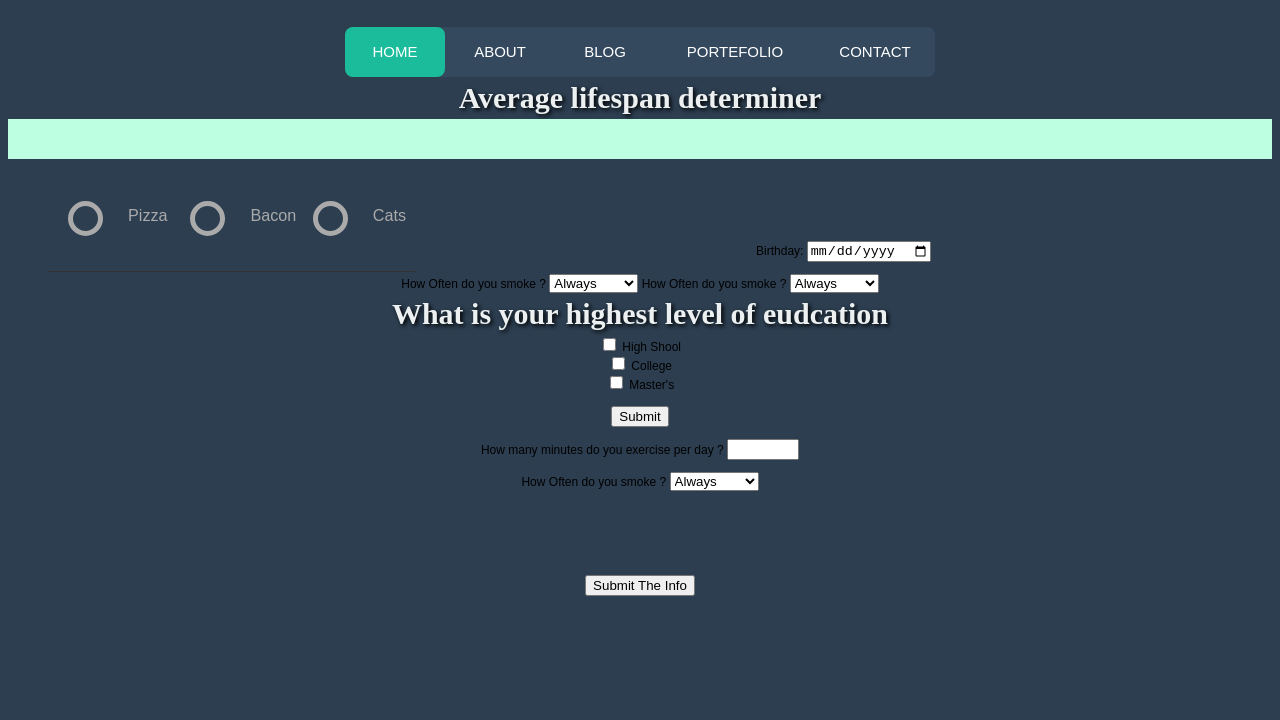
Repository: navid-amini12/capstone-1
Page: wordgame.html
An editor plug-in stored every save of this project. The page is shown before and after the next save, followed by the edit.
The browser window is 1280 px wide. The pictures show the whole page.

Above is the page before, as saved 2022-06-01 11:32:41.

### wordgame.html


  <link rel="stylesheet" type="text/css" href="Life.css">






 <div class = "container">

   <div class = "element">


<!-- NAVATION STARTING  -->

<nav class ="mynavigation">
  <a href="#">Home</a>
  <a href="#">About</a>
  <a href="#">Blog</a>
  <a href="#">Portefolio</a>
  <a href="#">Contact</a>
  <div class="animation start-home"></div>
</nav>
  <!-- NAVIGATION ENDING -->
    <h1>Average lifespan determiner</h1>







    <div class="alert">
    </div>

    <div class="container">


      <ul>
      <li>
        <input type="radio" id="f-option" name="selector">
        <label for="f-option">Pizza</label>

        <div class="check"></div>
      </li>

      <li>
        <input type="radio" id="s-option" name="selector">
        <label for="s-option">Bacon</label>

        <div class="check"><div class="inside"></div></div>
      </li>

      <li>
        <input type="radio" id="t-option" name="selector">
        <label for="t-option">Cats</label>

        <div class="check"><div class="inside"></div></div>
      </li>
    </ul>
    </div>

    <div class="signature">
    </div>


















  <div class = "left"><form action="/action_page.php">
    <label for="birthday">Birthday:</label>
    <input type="date" id="birthday" name="birthday">

  </form>

<label for="cars">How Often do you smoke ?</label>

<select id="questions">
<option value="volvo">Always</option>
<option value="saab">Often</option>
<option value="opel">Sometimes</option>
<option value="audi">Rarely</option>
<option value="audi">Never</option>
</select>

<label for="cars">How Often do you smoke ?</label>

<select id="questions">
<option value="volvo">Always</option>
<option value="saab">Often</option>
<option value="opel">Sometimes</option>
<option value="audi">Rarely</option>
<option value="audi">Never</option>
</select>

<h1>What is your highest level of eudcation</h1>

<form id = "checkbox1">
<input type="checkbox" id="vehicle1" name="vehicle1" value="Bike">
<label for="vehicle1"> High Shool</label><br>
<input type="checkbox" id="vehicle2" name="vehicle2" value="Car">
<label for="vehicle2"> College</label><br>
<input type="checkbox" id="vehicle3" name="vehicle3" value="Boat">
<label for="vehicle3"> Master's</label><br><br>
<input type="submit" value="Submit">
</form>

<form>
  <label for="quantity">How many minutes do you exercise per day ? </label>
  <input type="number" id="quantity" name="quantity" min="0" max="1000">
</form>




<label for="cars">How Often do you smoke ?</label>

<select id="myquestions">
<option value="always">Always</option>
<option value="often">Often</option>
<option value="sometimes">Sometimes</option>
<option value="rarely">Rarely</option>
<option value="never">Never</option>
</select>
<br>
<br>
<br>
<br>


<br>
<br>
<br>
<button id = "submitInfo">Submit The Info</button></div>





<!-- <input id = "submitInfo" type="button" value = "Submit Info" onclick="alert('Submitting INfo');" /></div> -->

  </div>



  <!-- <input id = "submitInfo" type="button" value = "Submit Info" onclick="alert('Submitting INfo');" /> -->


















  <body class="container">
    <ul id="people" class=""></ul>


    <script src="https://unpkg.com/axios/dist/axios.min.js"></script>
    <script>

      document.getElementById("submitInfo").onclick = function () {
        axios
          .get("http://localhost:4000/api/users")
          .then(function (response) {
            var e = document.getElementById("myquestions");
            var strUser = e.options[e.selectedIndex].text;


            var x = document.getElementById("vehicle1").value;




     if (strUser == "Never") {

         alert(x)



       alert( document.getElementById("people").innerHTML = response.data[0] )

    }
          })


          .catch(function (err) {
            document.getElementById("people").innerHTML =
              '<li class="text-danger">' + err.message + "</li>";
          });
      };
    </script>

### Life.css





ul li{
  color: #AAAAAA;
  display: block;
  position: relative;
  float: left;
  width: 10%;
  height: 100px;
	border-bottom: 1px solid #333;
}

ul li input[type=radio]{
  position: absolute;
  visibility: hidden;
}

ul li label{
  display: block;
  position: relative;
  font-weight: 300;
  font-size: 1.35em;
  padding: 25px 25px 25px 80px;
  margin: 10px auto;
  height: 30px;
  z-index: 9;
  cursor: pointer;
  -webkit-transition: all 0.25s linear;
}

ul li:hover label{
	color: #FFFFFF;
}

ul li .check{
  display: block;
  position: absolute;
  border: 5px solid #AAAAAA;
  border-radius: 100%;
  height: 25px;
  width: 25px;
  top: 30px;
  left: 20px;
	z-index: 5;
	transition: border .25s linear;
	-webkit-transition: border .25s linear;
}

ul li:hover .check {
  border: 5px solid #FFFFFF;
}

ul li .check::before {
  display: block;
  position: absolute;
	content: '';
  border-radius: 100%;
  height: 15px;
  width: 15px;
  top: 5px;
	left: 5px;
  margin: auto;
	transition: background 0.25s linear;
	-webkit-transition: background 0.25s linear;
}

input[type=radio]:checked ~ .check {
  border: 5px solid #0DFF92;
}

input[type=radio]:checked ~ .check::before{
  background: #0DFF92;
}

input[type=radio]:checked ~ label{
  color: #0DFF92;
}

.signature {
	margin: 10px auto;
	padding: 10px 0;
	width: 100%;
}

.signature p{
	text-align: center;
	font-family: Helvetica, Arial, Sans-Serif;
	font-size: 0.85em;
	color: #AAAAAA;
}

.signature .much-heart{
	display: inline-block;
	position: relative;
	margin: 0 4px;
	height: 10px;
	width: 10px;
	background: #AC1D3F;
	border-radius: 4px;
	-ms-transform: rotate(45deg);
    -webkit-transform: rotate(45deg);
    transform: rotate(45deg);
}

.signature .much-heart::before,
.signature .much-heart::after {
	  display: block;
  content: '';
  position: absolute;
  margin: auto;
  height: 10px;
  width: 10px;
  border-radius: 5px;
  background: #AC1D3F;
  top: -4px;
}

.signature .much-heart::after {
	bottom: 0;
	top: auto;
	left: -4px;
}

.signature a {
	color: #AAAAAA;
	text-decoration: none;
	font-weight: bold;
}


/* Styles for alert...
by the way it is so weird when you look at your code a couple of years after you wrote it XD */

.alert {
	box-sizing: border-box;
	background-color: #BDFFE1;
	width: 100%;
	position: relative;
	top: 0;
	left: 0;
	z-index: 300;
	padding: 20px 40px;
	color: #333;
}

.alert h2 {
	font-size: 22px;
	color: #232323;
	margin-top: 0;
}

.alert p {
	line-height: 1.6em;
	font-size:18px;
}

.alert a {
	color: #232323;
	font-weight: bold;
}











/* startin of navtation css */

.left {
  margin-top: 50px;
  text-align: center;
}






nav {
  margin: 27px auto 0;

  position: relative;
  width: 590px;
  height: 50px;
  background-color: #34495e;
  border-radius: 8px;
  font-size: 0;
}
nav a {
  line-height: 50px;
  height: 100%;
  font-size: 15px;
  display: inline-block;
  position: relative;
  z-index: 1;
  text-decoration: none;
  text-transform: uppercase;
  text-align: center;
  color: white;
  cursor: pointer;
}
nav .animation {
  position: absolute;
  height: 100%;
  top: 0;
  z-index: 0;
  transition: all .5s ease 0s;
  border-radius: 8px;
}
a:nth-child(1) {
  width: 100px;
}
a:nth-child(2) {
  width: 110px;
}
a:nth-child(3) {
  width: 100px;
}
a:nth-child(4) {
  width: 160px;
}
a:nth-child(5) {
  width: 120px;
}
nav .start-home, a:nth-child(1):hover~.animation {
  width: 100px;
  left: 0;
  background-color: #1abc9c;
}
nav .start-about, a:nth-child(2):hover~.animation {
  width: 110px;
  left: 100px;
  background-color: #e74c3c;
}
nav .start-blog, a:nth-child(3):hover~.animation {
  width: 100px;
  left: 210px;
  background-color: #3498db;
}
nav .start-portefolio, a:nth-child(4):hover~.animation {
  width: 160px;
  left: 310px;
  background-color: #9b59b6;
}
nav .start-contact, a:nth-child(5):hover~.animation {
  width: 120px;
  left: 470px;
  background-color: #e67e22;
}

body {
  font-size: 12px;
  font-family: sans-serif;
  background: #2c3e50;
}
h1 {
  text-align: center;
  margin: 40px 0 40px;
  text-align: center;
  font-size: 30px;
  color: #ecf0f1;
  text-shadow: 2px 2px 4px #000000;
  font-family: 'Cherry Swash', cursive;
}

p {
    position: absolute;
    bottom: 20px;
    width: 100%;
    text-align: center;
    color: #ecf0f1;
    font-family: 'Cherry Swash',cursive;
    font-size: 16px;
}

span {
    color: #2BD6B4;
}




/* Navigation  */

/*
@import url('https://fonts.googleapis.com/css?family=Lobster&display=swap') repeat scroll 0 0 rgba(0, 0, 0 , 0);

body {
  background: #fff;
}

.title {
  font-size: 2.5rem;
  font-family: 'Lobster', cursive;
}

.container {
  animation: scroll 70s linear infinite;
  background: url("https://images.unsplash.com/photo-1465146633011-14f8e0781093?ixlib=rb-1.2.1&ixid=eyJhcHBfaWQiOjEyMDd9&auto=format&fit=crop&w=3450&q=80"), #111111;
  color: #eee;
  height: 100vh;
  min-width: 360px;
  width: 100%;
  display: flex;
  justify-content: center;
  align-items: center;
  perspective: 1000px;
  perspective-origin: 50% 50%;

}

@keyframes scroll {
   100%{
    background-position:0px -3000px;
  }
}

@media (prefers-reduced-motion) {
  .container {
    animation: scroll 200s linear infinite;
  }
}

@media (min-width: 670px) {
  .title {
    font-size: 5rem;
  }
}

#modalContainer {
  background-color:rgba(0, 0, 0, 0.3);
  position:absolute;
  top:0;
  width:100%;
  height:100%;
  left:0px;
  z-index:10000;
  background-image:url(tp.png); /* required by MSIE to prevent actions on lower z-index elements */
}

#alertBox {
  position:relative;
  width:33%;
  min-height:20%;
  max-height:35%;
  margin-top:50px;
  border:1px solid #fff;
  background-color:#fff;
  background-repeat:no-repeat;
  top:30%;
}

#modalContainer > #alertBox {
  position:fixed;
}

#alertBox h1 {
  margin:0;
  font:bold 1em Raleway,arial;
  background-color:#f97352;
  color:#FFF;
  border-bottom:1px solid #f97352;
  padding:10px 0 10px 5px;
}


#alertBox #closeBtn {
  display:block;
  position:relative;
  margin:100px auto 100px auto;
  padding:7px;
  border:0 none;
  width:70px;
  text-transform:uppercase;
  text-align:center;
  color:#FFF;
  background-color:#f97352;
  border-radius: 0px;
  text-decoration:none;
  outline:0!important;
}

/* unrelated styles */

#mContainer {
  position:relative;
  width:600px;
  margin:auto;
  padding:5px;
  border-top:2px solid #fff;
  border-bottom:2px solid #fff;
}

h1,h2 {
  margin:0;
  padding:4px;
}

code {
  font-size:1.2em;
  color:#069;
}

#credits {
  position:relative;
  margin:25px auto 0px auto;
  width:350px;
  font:0.7em verdana;
  border-top:1px solid #000;
  border-bottom:1px solid #000;
  height:90px;
  padding-top:4px;
}

#credits img {
  float:left;
  margin:5px 10px 5px 0px;
  border:1px solid #000000;
  width:80px;
  height:79px;
}

.important {
  background-color:#F5FCC8;
  padding:2px;

}

@media (max-width: 600px)
{
  #alertBox {
  position:relative;
  width:90%;
  top:30%;
}


 */

After the next save:
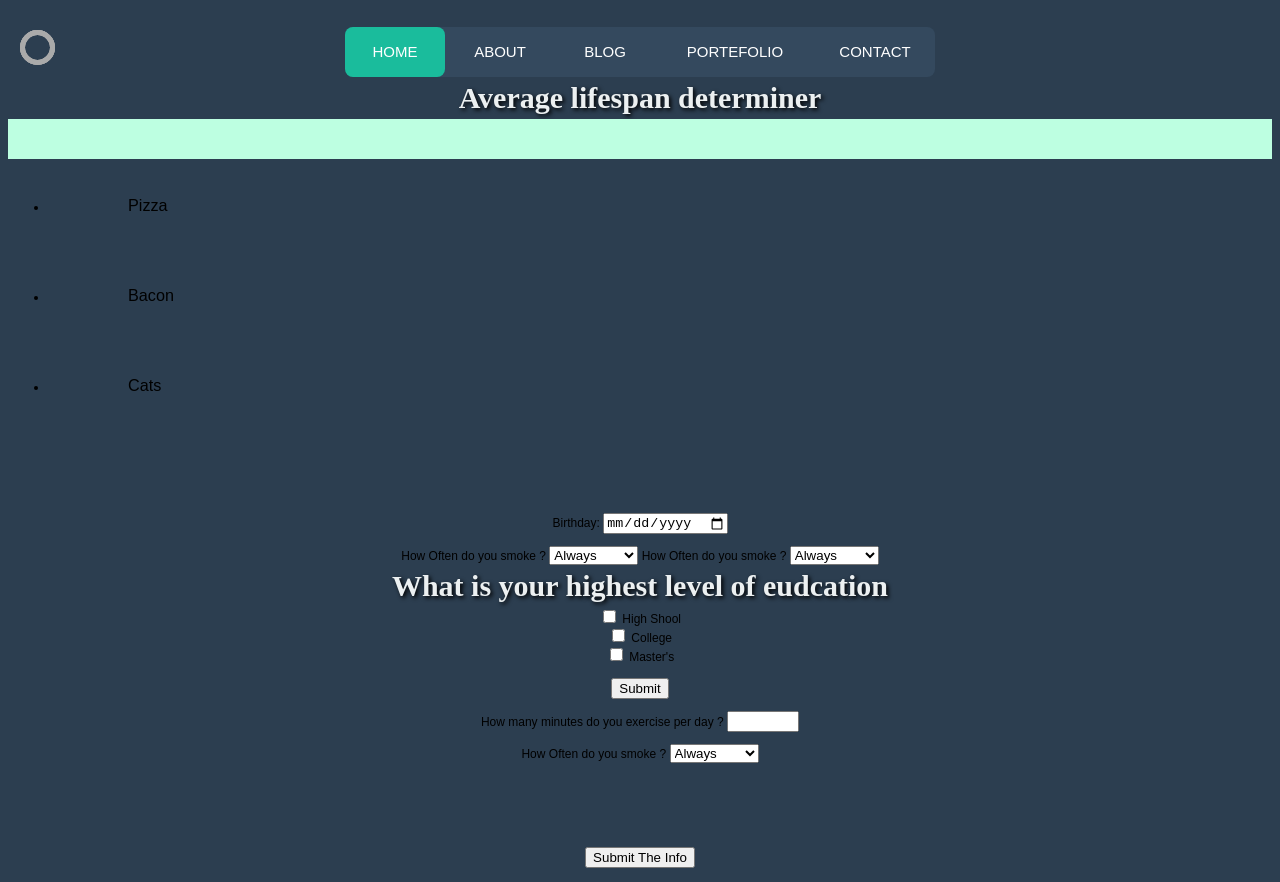
Saved 16 s later.
--- a/Life.css
+++ b/Life.css
@@ -3,15 +3,6 @@
 
 
 
-ul li{
-  color: #AAAAAA;
-  display: block;
-  position: relative;
-  float: left;
-  width: 10%;
-  height: 100px;
-	border-bottom: 1px solid #333;
-}
 
 ul li input[type=radio]{
   position: absolute;

After the 2 saves that followed:
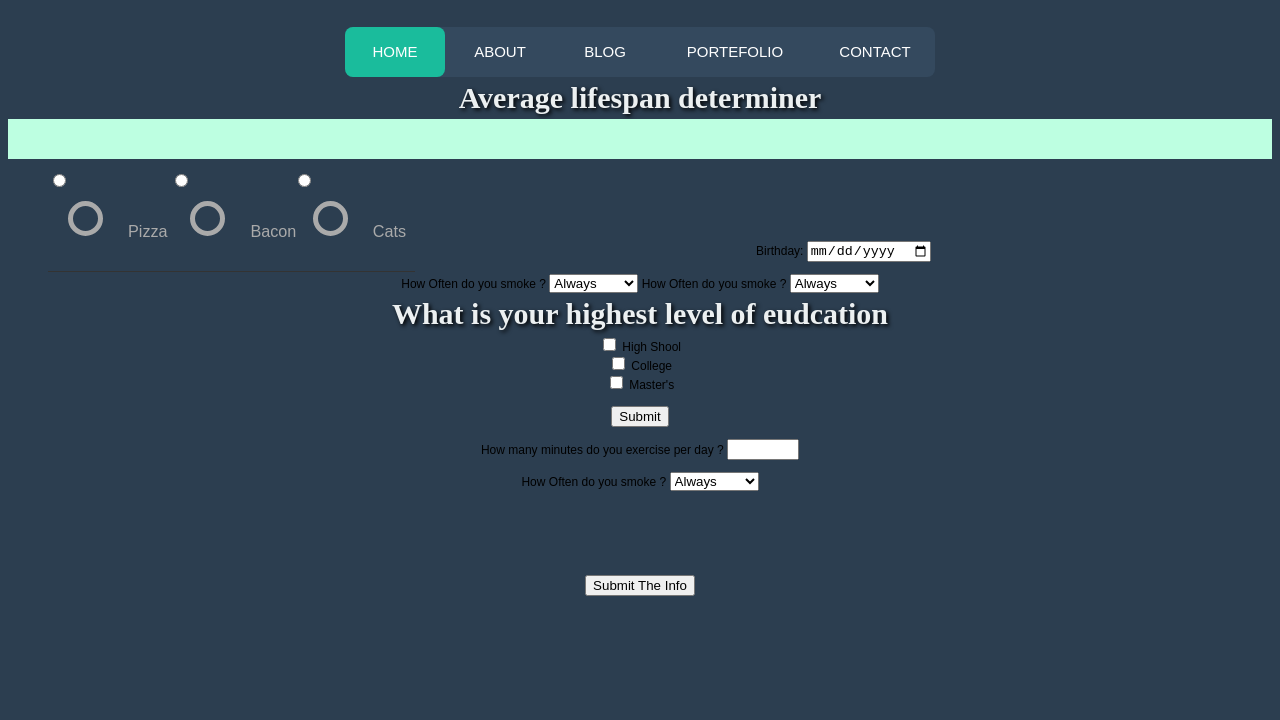
The 2 saves are shown as one change because they came seconds apart.
The last was saved 9 s later.
--- a/Life.css
+++ b/Life.css
@@ -3,11 +3,16 @@
 
 
 
-
-ul li input[type=radio]{
-  position: absolute;
-  visibility: hidden;
-}
+ul li{
+  color: #AAAAAA;
+  display: block;
+  position: relative;
+  float: left;
+  width: 10%;
+  height: 100px;
+	border-bottom: 1px solid #333;
+}
+
 
 ul li label{
   display: block;
